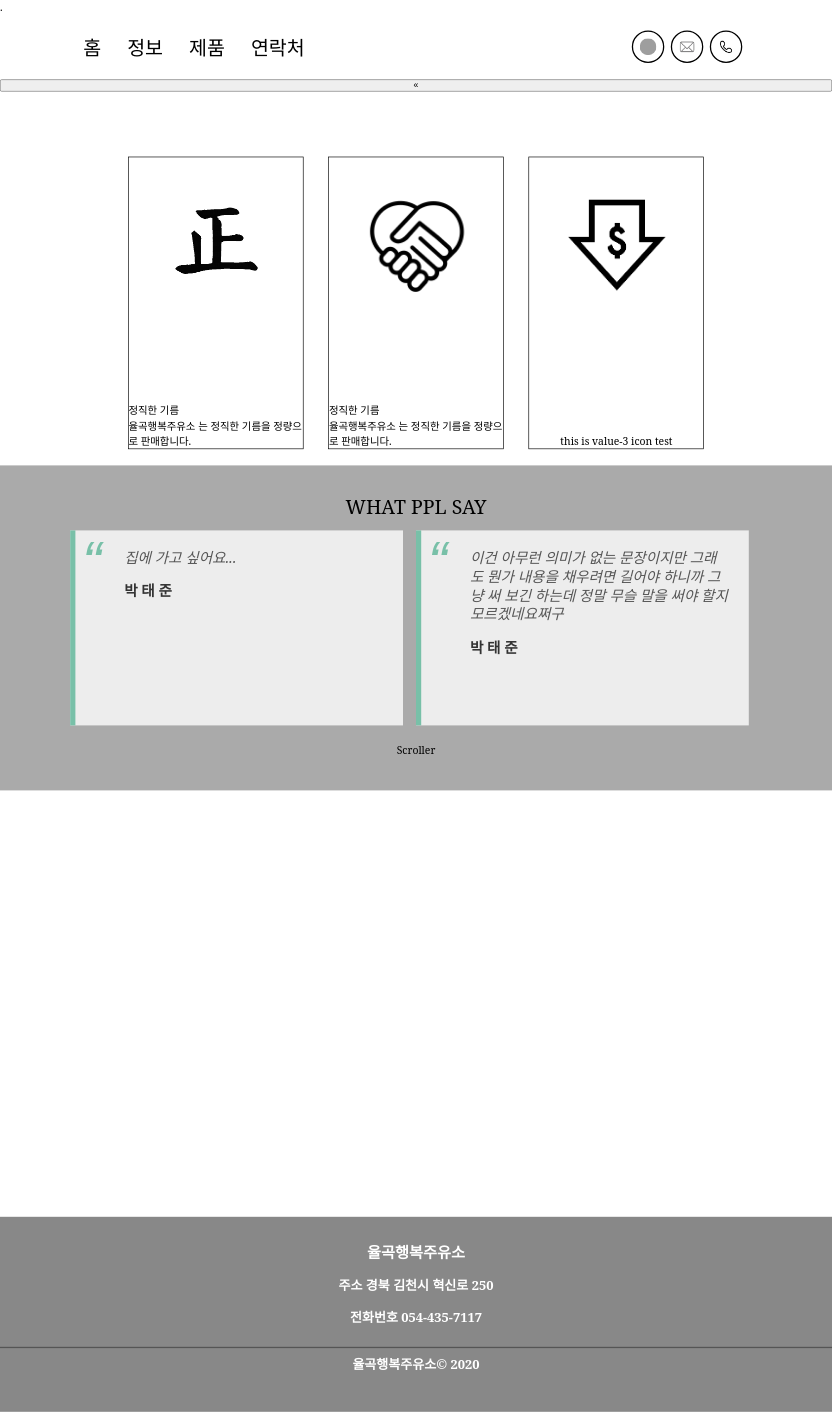
Repository: randomUser134923/pet-projects
Page: pet-projects/web1/index.html
The author's editor kept a record of every edit. The page is drawn from the files as they stood at one moment, then again after the next edit.
The browser window is 1280 px wide. The pictures show the whole page, at 65% of full size.
Pictures or frames that could not be fetched are drawn as grey boxes.

Above is the page before.

After the next edit:
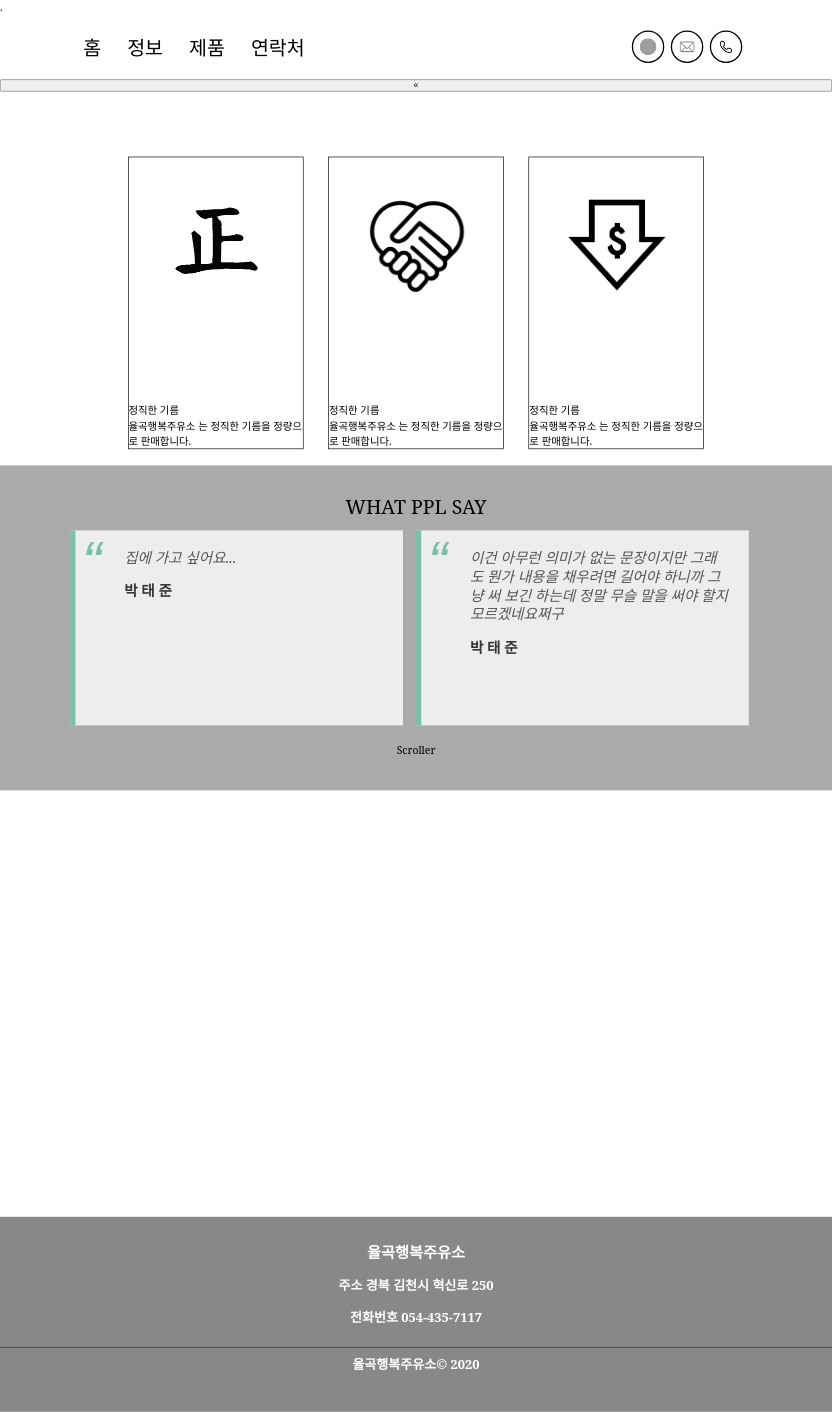
The edit:
--- a/pet-projects/web1/index.html
+++ b/pet-projects/web1/index.html
@@ -75,9 +75,14 @@
                     <div class ="value3-icon">
                         <img class= "value-icon-common" src="./images/cheap.png"/>
                     </div>
-                    <p>
-                        this is value-3 icon test
-                    </p>
+                    <div class="value-text-container">
+                        <div class="value-text-container-header">
+                            정직한 기름
+                        </div>
+                        <div class="value-text-container-explain">
+                            <p><span class="gas-station-name">율곡행복주유소</span> 는 정직한 기름을 정량으로 판매합니다.</p>
+                        </div>
+                    </div>
                 </div>
             </div>
 
